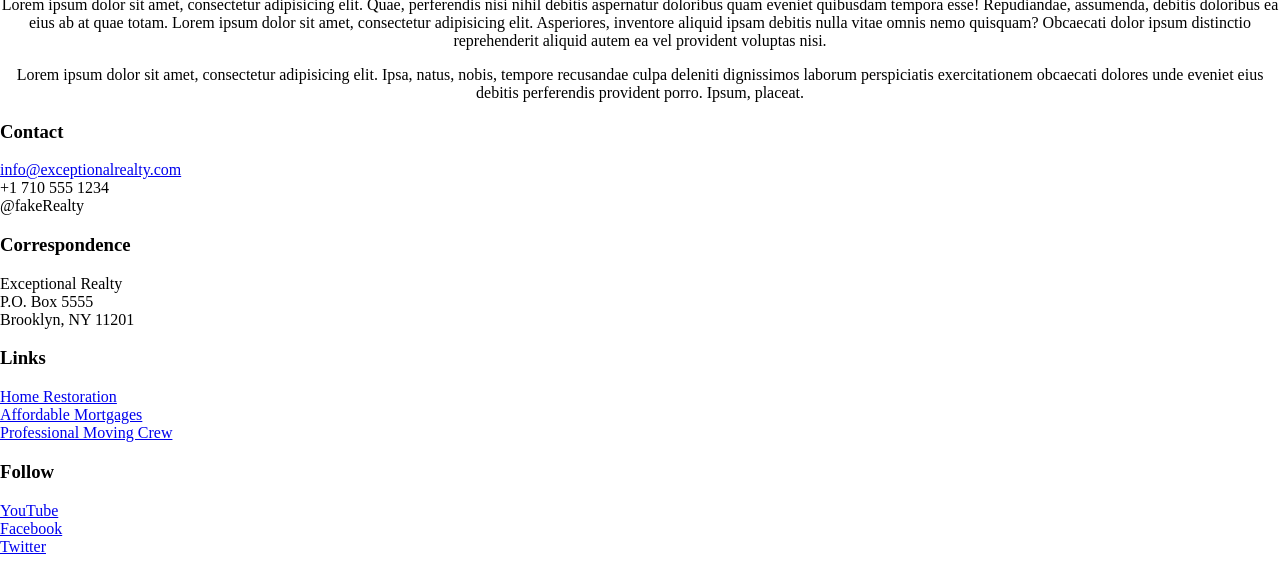
Repository: peterclermy232/phase-0-css-fundamentals-lab
Page: index.html
The author's editor kept a copy of each file at every save. The page is drawn from the files as they stood at one save, then again after a run of saves.
The browser window is 1280 px wide. The pictures show the part of the page from y = 456 to 1028 px (the page is 1028 px tall).
A picture or video elsewhere on the page could not be fetched, so the positions and the page height are approximate.

Above is the page before, as saved 2022-05-29 19:37:42.

After the next 2 saves:
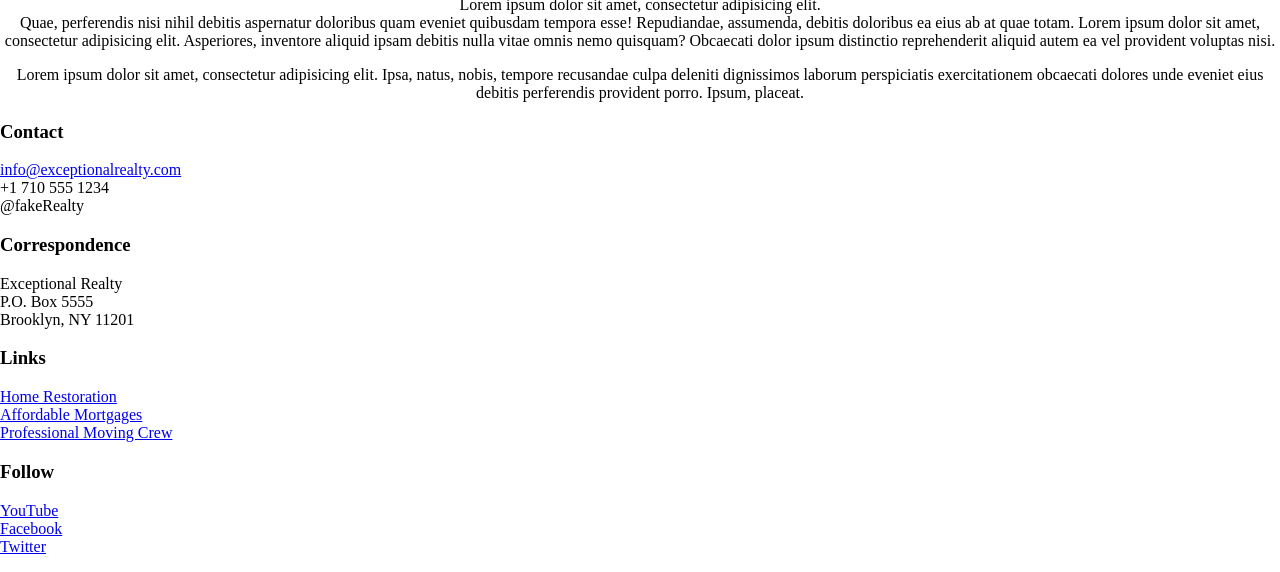
The 2 saves are shown as one change because they came seconds apart.
The last was saved 21 s later.
--- a/index.html
+++ b/index.html
@@ -27,7 +27,7 @@
         <figcaption>345 Carl Street Apt 12, Carrol Rd. Brooklyn, NY - Photo by Denise Richards.</figcaption>
       </figure>
 
-      <p class="text">Lorem ipsum dolor sit amet, consectetur adipisicing elit. Quae, perferendis nisi nihil debitis aspernatur doloribus quam eveniet quibusdam tempora esse! Repudiandae, assumenda, debitis doloribus ea eius ab at quae totam. Lorem ipsum dolor sit amet, consectetur adipisicing elit. Asperiores, inventore aliquid ipsam debitis nulla vitae omnis nemo quisquam? Obcaecati dolor ipsum distinctio reprehenderit aliquid autem ea vel provident voluptas nisi.</p>
+      <p class="text">Lorem ipsum dolor sit amet, consectetur adipisicing elit.<br> Quae, perferendis nisi nihil debitis aspernatur doloribus quam eveniet quibusdam tempora esse! Repudiandae, assumenda, debitis doloribus ea eius ab at quae totam. Lorem ipsum dolor sit amet, consectetur adipisicing elit. Asperiores, inventore aliquid ipsam debitis nulla vitae omnis nemo quisquam? Obcaecati dolor ipsum distinctio reprehenderit aliquid autem ea vel provident voluptas nisi.</p>
       <p class="text">Lorem ipsum dolor sit amet, consectetur adipisicing elit. Ipsa, natus, nobis, tempore recusandae culpa deleniti dignissimos laborum perspiciatis exercitationem obcaecati dolores unde eveniet eius debitis perferendis provident porro. Ipsum, placeat.</p>
     </section>
 
